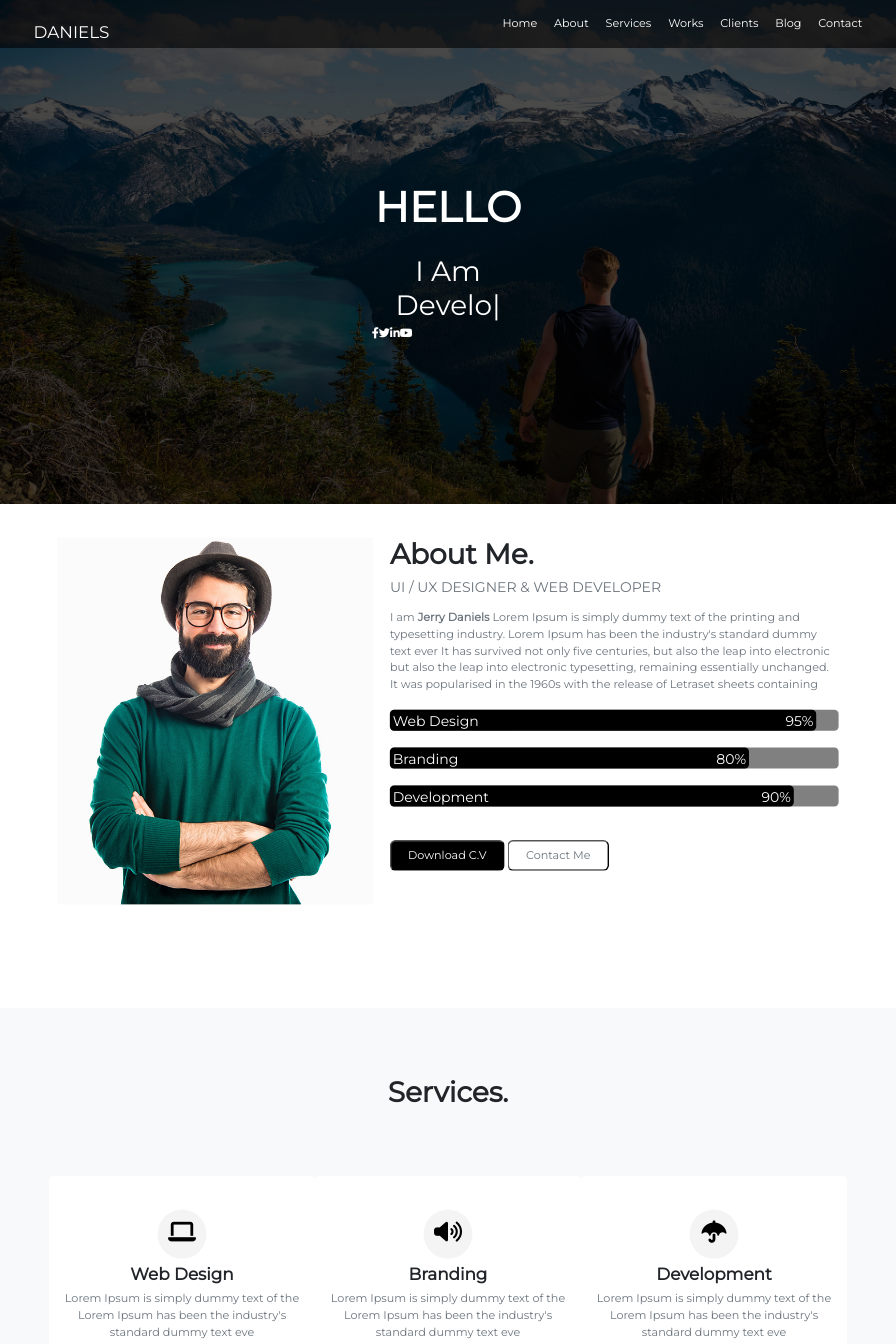
Repository: Souldeer0020/daniels-portofolio
Page: index.html
An editor plug-in stored every save of this project. The page is shown before and after a run of saves, followed by the edit.
The browser window is 1280 px wide. The pictures show the part of the page from y = 0 to 1920 px (the page is 5468 px tall), at 70% of full size.

Above is the page before, as saved 2024-07-14 00:00:51.

After the next 3 saves:
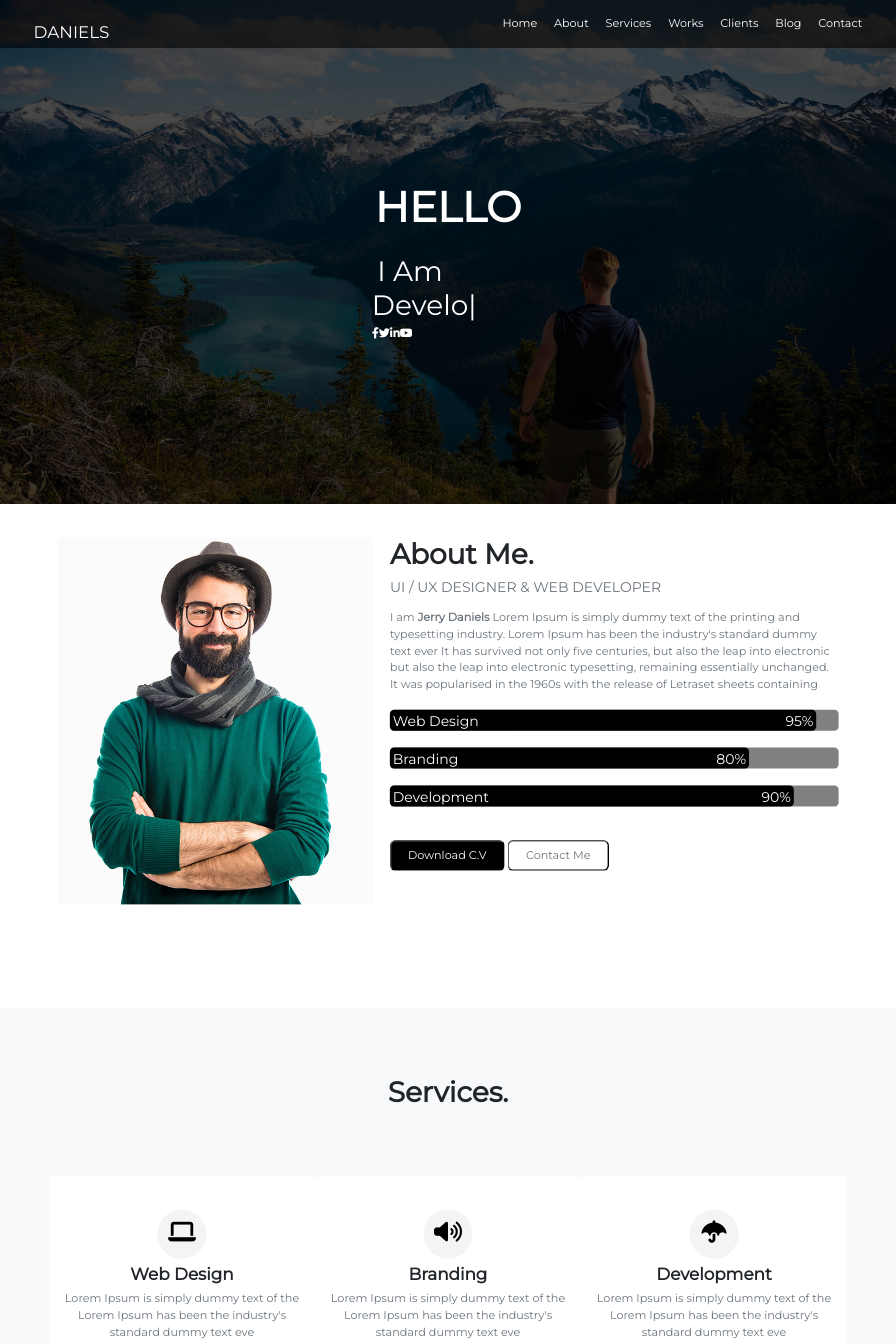
The 3 saves are shown as one change because they came seconds apart.
The last was saved 11 s later.
--- a/index.html
+++ b/index.html
@@ -23,7 +23,7 @@
             </nav>
             <div class="content  text-center d-flex flex-column">
                 <h1 class="py-md-4">HELLO</h1>
-                <h2>I Am</h2>
+                <h2 class="w-50">I Am</h2>
                 <div class="icons d-flex">
                     <a href=""><i class=" fa-brands fa-facebook-f icon text-center d-flex justify-content-center align-items-center"></i></a>
                     <a href=""><i class=" fa-brands fa-twitter icon text-center d-flex justify-content-center align-items-center"></i></a>
